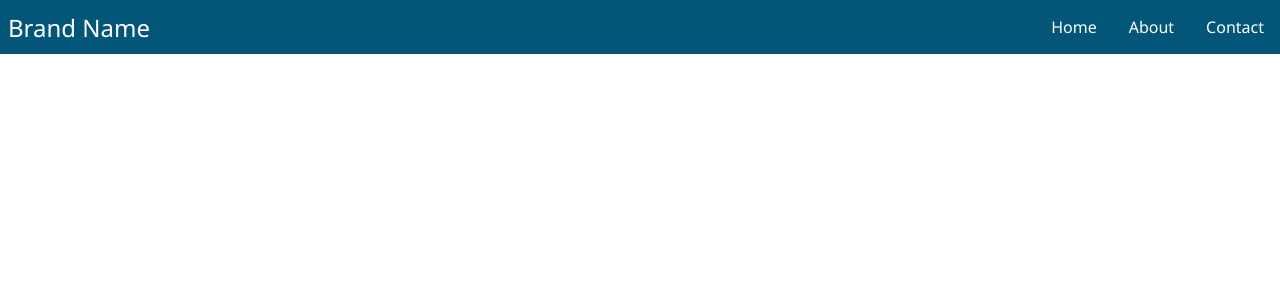
Repository: Jrap-bit/PeriodofSharing
Page: index.html
These files come from the project's save history. The page is drawn as it stood at one moment and after the next save; the edit follows.
The browser window is 1280 px wide. The pictures show the whole page.

Above is the page before, as saved 2022-01-11 09:29:34.

After the next save:
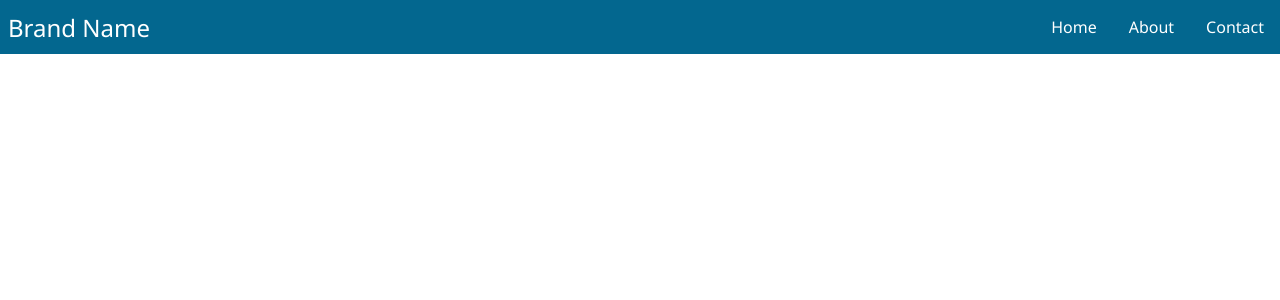
Saved 35 h 39 min later.
--- a/style.css
+++ b/style.css
@@ -16,7 +16,7 @@ html{
     display: flex;
     justify-content: space-between;
     align-items: center;
-    background-color: rgb(3, 86, 119);
+    background-color: rgb(3, 103, 143);
     color: white;
 
 }
